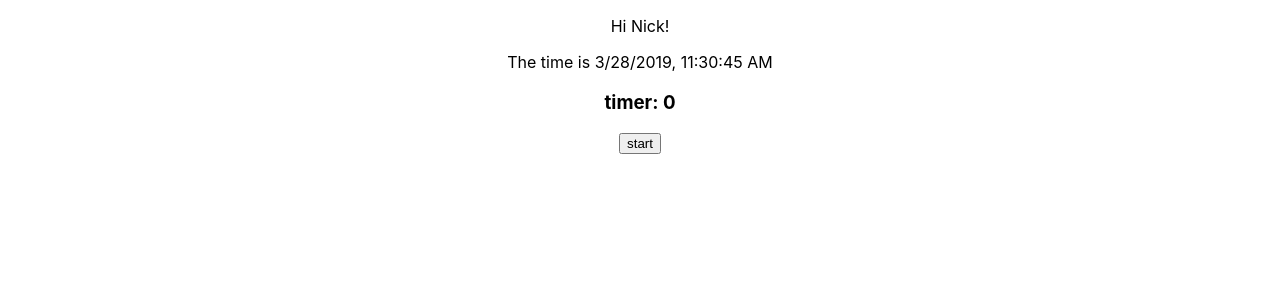
Repository: crispinonicky/gummy-facts
Page: /
These files come from the project's save history. The page is drawn as it stood at one moment and after a run of saves; the edit follows.
The browser window is 1280 px wide. The pictures show the whole page.
The project was rebuilt for these pictures with package versions that can differ from the ones it lists, and the page was loaded fresh each time.

Above is the page before, as saved 2019-03-28 13:28:03.

### src/App.js
import React, { Component } from 'react';
import './App.css';
import Clock from './components/Clock';
import Gummies from './components/Gummies';


class App extends Component {
  constructor(props){
    super(props)

    this.state = {
      name: "Nick"
    }

  }



  render() {
    return (
      <div className="App">


      <p>
        Hi {this.state.name}!
      </p>

        <Clock />
        <Gummies />


      </div>
    );
  }
}

export default App;

### src/components/Clock.js
import React, { Component } from "react";
import "../App.css";

let time = new Date().toLocaleString();
let timeInt = parseInt(time).toString

class Clock extends React.Component {
  constructor(props) {

    super(props)
    this.state = {
      time: new Date().toLocaleString(),
    };
  }

  componentDidMount() {
    this.intervalID = setInterval(
      () => this.tick(),
      1000
    )
  }

  componentWillUnmount() {
    clearInterval(this.intervalID);
  }

  tick() {
    this.setState({
      time: new Date().toLocaleString()
    });
  }

  render() {
    return (
      <div>
      <p>
        The time is {this.state.time}
      </p>
      </div>
    );
  }
}

console.log(typeof time)



export default Clock;

### src/components/Gummies.js
// import React, { Component } from "react";
// import "../App.css";

// // let time = new Date().toLocaleString();
// let gummyCount = 0

// class Gummies extends React.Component {
//   constructor(props) {

//     super(props)
//     this.state = {
//       gummyCount: 0
//     };

//     this.startTimer = this.startTimer.bind(this)

//   }

//   startTimer() {
//     this.setState({
//       time: this.state.time
//     })

//     this.timer = setInterval(() => this.setState({

//     }), 1);
//   }

//   render() {
//     return (
//       <div>
//       <p>
//         And as of the time you opened this app, approximately {gummyCount} have
//         been savagely devoured (within the United States) 😱
//       </p>
//       </div>
//     );
//   }
// }

// console.log(typeof time)



// export default Gummies;


const React = require('react')

class Gummies extends React.Component {
  constructor(props){
    super(props)
    this.state = {
      time: 0,
      isOn: false,
      start: 0
    }
    this.startTimer = this.startTimer.bind(this)

  }
  startTimer() {
    this.setState({
      isOn: true,
      time: this.state.time,
      start: Date.now() - this.state.time
    })
    this.timer = setInterval(() => this.setState({
      time: Date.now() - this.state.start
    }), 1);
  }

  render() {
    let start = (this.state.time == 0) ?
      <button onClick={this.startTimer}>start</button> :
      null
    let stop = (this.state.time == 0 || !this.state.isOn) ?
      null :
      <button onClick={this.stopTimer}>stop</button>
    let resume = (this.state.time == 0 || this.state.isOn) ?
      null :
      <button onClick={this.startTimer}>resume</button>
    let reset = (this.state.time == 0 || this.state.isOn) ?
      null :
      <button onClick={this.resetTimer}>reset</button>
    return(
      <div>
        <h3>timer: {(this.state.time)}</h3>
        {start}
        {resume}
        {stop}
        {reset}
      </div>
    )
  }
}
export default Gummies;

Loaded but not shown: public/index.html (common file); src/index.js (common file); src/index.css (common file); src/serviceWorker.js (common file); src/App.css (common file)

After the next 2 saves:
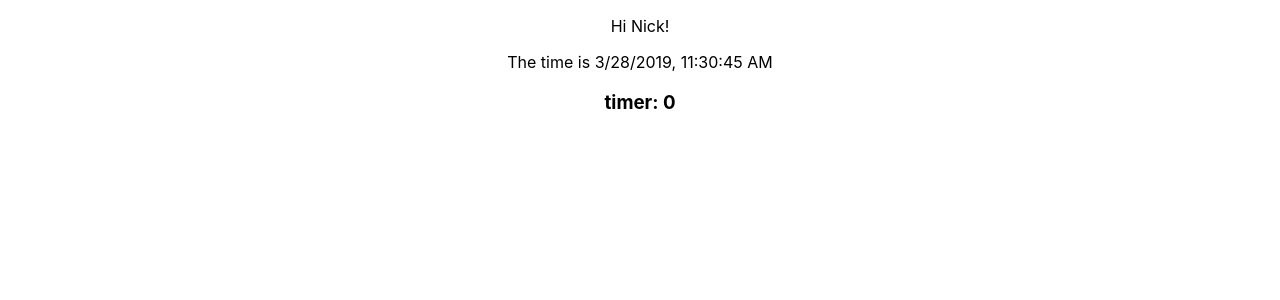
The 2 saves are shown as one change because they came seconds apart.
The last was saved 51 s later.
--- a/src/components/Gummies.js
+++ b/src/components/Gummies.js
@@ -71,23 +71,15 @@
 
   render() {
     let start = (this.state.time == 0) ?
-      <button onClick={this.startTimer}>start</button> :
-      null
-    let stop = (this.state.time == 0 || !this.state.isOn) ?
-      null :
-      <button onClick={this.stopTimer}>stop</button>
-    let resume = (this.state.time == 0 || this.state.isOn) ?
       null :
       <button onClick={this.startTimer}>resume</button>
-    let reset = (this.state.time == 0 || this.state.isOn) ?
-      null :
-      <button onClick={this.resetTimer}>reset</button>
+    let reset = (this.state.time == 0 || this.state.isOn)
+
     return(
       <div>
         <h3>timer: {(this.state.time)}</h3>
         {start}
-        {resume}
-        {stop}
+
         {reset}
       </div>
     )

After the 2 saves that followed:
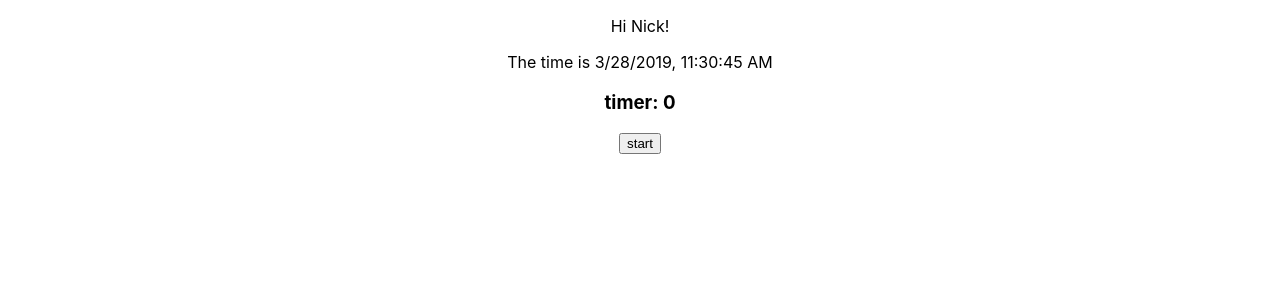
The 2 saves are shown as one change because they came seconds apart.
The last was saved 27 s later.
--- a/src/components/Gummies.js
+++ b/src/components/Gummies.js
@@ -71,6 +71,9 @@
 
   render() {
     let start = (this.state.time == 0) ?
+      <button onClick={this.startTimer}>start</button> :
+      null
+ ?
       null :
       <button onClick={this.startTimer}>resume</button>
     let reset = (this.state.time == 0 || this.state.isOn)
